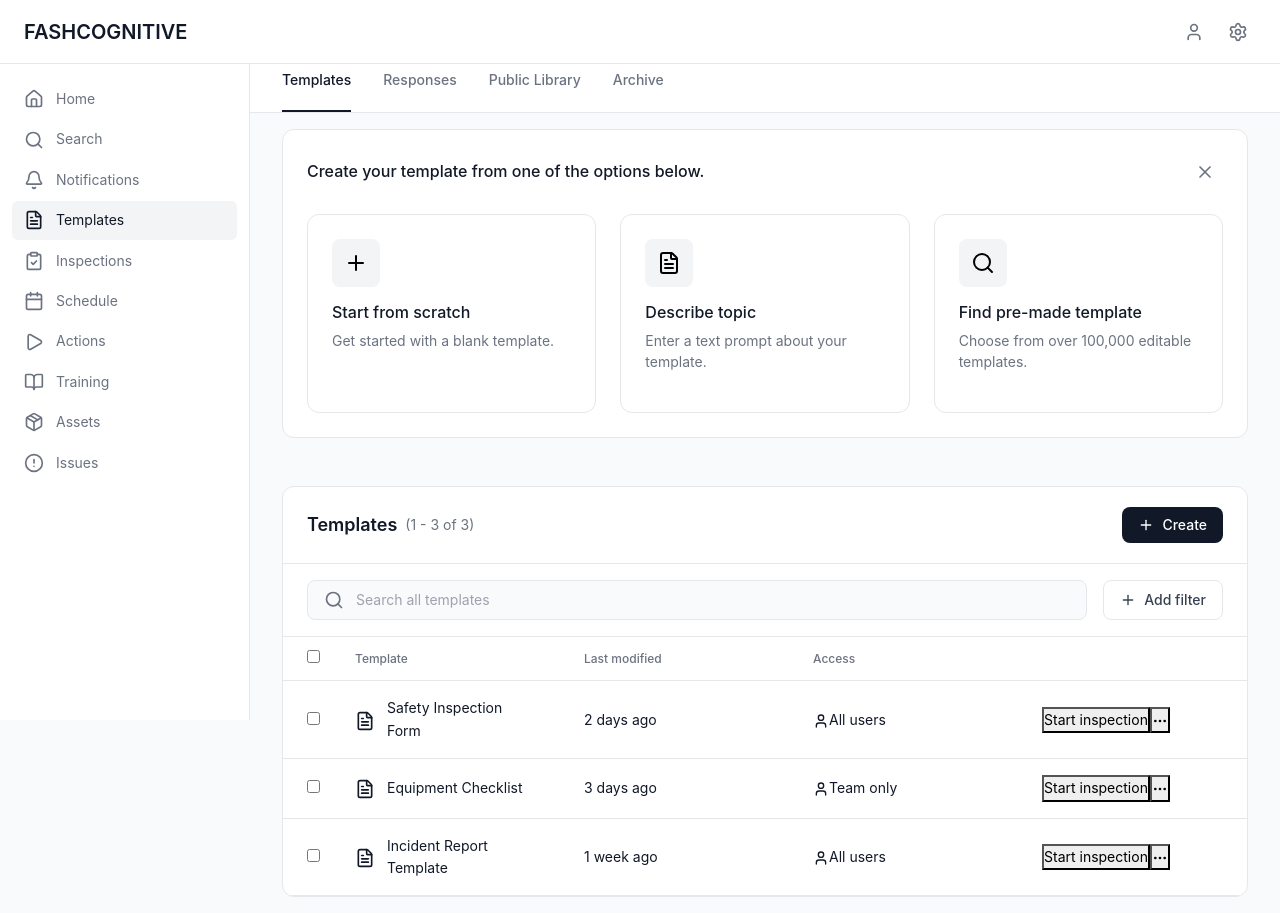
Repository: loganand612/fashcognitive-intern
Page: /template (app in fash/)
These files come from the project's save history. The page is drawn as it stood at one moment and after the next save; the edit follows.
The browser window is 1280 px wide. The pictures show the whole page.
The project was rebuilt for these pictures with package versions that can differ from the ones it lists, and the page was loaded fresh each time. Also part of the build but not shown: fash/src/pages/Login.css, fash/src/pages/Register.css, fash/src/pages/Dashboard.css, fash/src/pages/Home.tsx, fash/src/pages/Login.tsx, fash/src/pages/Register.tsx, fash/src/pages/Home2.tsx, fash/src/pages/Create_template.tsx and 1 more. Imported but missing from the stored project, and not drawn on this page: fash/src/pages/assets/head1.mp4.

Above is the page before, as saved 2025-04-13 21:54:57.

### fash/src/index.tsx
import React from 'react';
import ReactDOM from 'react-dom/client';

// Import third-party styles first
import 'bootstrap/dist/css/bootstrap.min.css';
import '@fortawesome/fontawesome-free/css/all.min.css';

// Import page-specific styles last
import './pages/Home.css';
import './pages/Home2.css';
import './pages/Login.css';
import './pages/Register.css';
import './pages/Dashboard.css';
import './pages/Template.css';
import './pages/Create_template.css';

import App from './App';
import reportWebVitals from './reportWebVitals';

const root = ReactDOM.createRoot(
  document.getElementById('root') as HTMLElement
);
root.render(
  <React.StrictMode>
    <App />
  </React.StrictMode>
);

// If you want to start measuring performance in your app, pass a function
// to log results (for example: reportWebVitals(console.log))
// or send to an analytics endpoint. Learn more: https://bit.ly/CRA-vitals
reportWebVitals();

### fash/src/pages/Home.css
/* Reset & Base Styles */
* {
  margin: 0;
  padding: 0;
  box-sizing: border-box;
  font-family: -apple-system, BlinkMacSystemFont, 'Segoe UI', Roboto, sans-serif;
}

body {
  font-family: -apple-system, BlinkMacSystemFont, 'Segoe UI', Roboto, sans-serif;
  background-color: #f8f9fe;
  color: #1f2937;
  line-height: 1.5;
}

/* Layout */
.page-wrapper {
  min-height: 100vh;
  display: flex;
  flex-direction: column;
}

.content-wrapper {
  display: flex;
  flex: 1;
  position: relative;
}

/* Navigation */
.navbar {
  background: white;
  height: 64px;
  padding: 0 2rem;
  box-shadow: 0 1px 3px rgba(0,0,0,0.1);
  display: flex;
  align-items: center;
  justify-content: space-between;
  position: fixed;
  top: 0;
  left: 0;
  right: 0;
  z-index: 1000;
}

.logo {
  font-weight: bold;
  font-size: 1.5rem;
  color: #302d2d;
  text-decoration: none;
  transition: all 0.3s ease;
}

.logo:hover {
  color: #2563eb;
}

.nav-links {
  display: flex;
  gap: 1rem;
  align-items: center;
}

/* Buttons */
.btn {
  padding: 0.5rem 1rem;
  border-radius: 0.375rem;
  border: none;
  cursor: pointer;
  font-size: 0.875rem;
  font-weight: 500;
  text-decoration: none;
  transition: all 0.3s ease;
}

.btn-primary {
  background: #3b82f6;
  color: white;
}

.btn-primary:hover {
  background: #c0ceec;
}

.btn-secondary {
  background: #ffffff;
  border: 1px solid #e5e7eb;
  color: #4b5563;
}

.btn-secondary:hover {
  background: #d2d5da;
}

/* Language Selector */
.language-select {
  position: relative;
}

.language-btn {
  display: flex;
  align-items: center;
  gap: 0.5rem;
  padding: 0.5rem 1rem;
  border: 1px solid #e5e7eb;
  border-radius: 1.5rem;
  background: white;
  cursor: pointer;
  transition: all 0.3s ease;
}

.language-btn:hover {
  border-color: #3b82f6;
}

.language-dropdown {
  position: absolute;
  top: calc(100% + 0.5rem);
  right: 0;
  background: white;
  border-radius: 0.5rem;
  box-shadow: 0 4px 6px rgba(0,0,0,0.1);
  padding: 0.5rem 0;
  display: none;
  min-width: 150px;
  z-index: 1000;
}

.language-select:hover .language-dropdown {
  display: block;
}

.language-option {
  padding: 0.5rem 1rem;
  cursor: pointer;
  transition: all 0.3s ease;
}

.language-option:hover {
  background: #f8f9fe;
  color: #3b82f6;
}

/* Notification Badge */
.notification-badge {
  position: relative;
}

.notification-badge::after {
  content: '';
  position: absolute;
  top: -2px;
  right: -2px;
  width: 8px;
  height: 8px;
  background-color: #ef4444;
  border-radius: 50%;
  border: 2px solid white;
}

/* Sidebar */
.sidebar {
  width: 250px;
  background: white;
  height: calc(100vh - 64px);
  position: fixed;
  top: 64px;
  left: 0;
  padding: 1.5rem 1rem;
  border-right: 1px solid #e5e7eb;
  overflow-y: auto;
  z-index: 100;
}

.sidebar-link {
  display: flex;
  align-items: center;
  padding: 0.75rem 1rem;
  color: #4b5563;
  text-decoration: none;
  border-radius: 0.5rem;
  margin-bottom: 0.5rem;
  transition: all 0.3s ease;
}

.sidebar-link:hover {
  background: #f8f9fe;
  color: #3b82f6;
}

.sidebar-link.active {
  background: #3b82f6;
  color: white;
}

/* Main Content */
.main-content {
  margin-left: 250px;
  margin-top: 64px;
  padding: 5rem;
  width: calc(100% - 250px);
  min-height: calc(100vh - 64px);
}

.landing-content {
  display: flex;
  justify-content: space-between;
  align-items: center;
  gap: 4rem;
  max-width: 1200px;
  margin: 0 auto;
}

.content-left {
  flex: 1;
}

.content-left h1 {
  font-size: 2.5rem;
  color: #1f2937;
  margin-bottom: 2rem;
  line-height: 1.2;
}

.feature-list {
  list-style: none;
}

.feature-list li {
  display: flex;
  align-items: center;
  gap: 1rem;
  margin-bottom: 1rem;
  color: #4b5563;
}

.feature-list li::before {
  content: "";
  width: 20px;
  height: 20px;
  background: #3b82f6;
  border-radius: 50%;
  opacity: 0.2;
}

.qr-container {
  background: white;
  padding: 1rem;
  border-radius: 20px;
  box-shadow: 0 10px 15px rgba(0,0,0,0.1);
  transition: all 0.3s ease;
}

.qr-container:hover {
  transform: translateY(-5px);
  box-shadow: 0 4px 6px rgba(0,0,0,0.1);
}

.qr-code {
  width: 100%;
  max-width: 300px;
}

/* Footer */
.footer {
  background: white;
  padding: 5rem 7rem;
  margin-top: auto;
  margin-left: 250px;
}

.footer-content {
  max-width: 1500px;
  margin: 0 auto;
  display: grid;
  grid-template-columns: repeat(4, 1fr);
  gap: 2rem;
}

.footer-section h3 {
  color: #3b82f6;
  margin-bottom: 1rem;
  font-size: 1.1rem;
}

.footer-section ul {
  list-style: none;
}

.footer-section ul li {
  margin-bottom: 0.5rem;
}

.footer-section ul li a {
  color: #4b5563;
  text-decoration: none;
  transition: all 0.3s ease;
}

.footer-section ul li a:hover {
  color: #3b82f6;
}

.footer-bottom {
  max-width: 1200px;
  margin: 2rem auto 0;
  padding-top: 6rem;
  border-top: 1px solid #e5e7eb;
  text-align: center;
}

.store-buttons {
  display: flex;
  justify-content: center;
  gap: 1rem;
  margin-top: 1rem;
}

.store-buttons img {
  height: 40px;
  transition: all 0.3s ease;
}

.store-buttons img:hover {
  transform: translateY(-2px);
}

/* Mobile Menu Button */
.mobile-menu-btn {
  display: none;
  padding: 0.5rem;
  cursor: pointer;
  background: none;
  border: none;
}

/* Responsive Design */
@media (max-width: 1024px) {
  .sidebar {
      width: 200px;
  }

  .main-content {
      margin-left: 200px;
      width: calc(100% - 200px);
  }

  .footer {
      margin-left: 200px;
  }
}

@media (max-width: 768px) {
  .navbar {
      padding: 0 1rem;
  }

  .mobile-menu-btn {
      display: block;
  }

  .nav-links {
      display: none;
  }

  .nav-links.active {
      display: flex;
      flex-direction: column;
      position: absolute;
      top: 64px;
      left: 0;
      right: 0;
      background: white;
      padding: 1rem;
      box-shadow: 0 4px 6px rgba(0,0,0,0.1);
  }

  .sidebar {
      transform: translateX(-100%);
      transition: transform 0.3s ease;
  }

  .sidebar.active {
      transform: translateX(0);
  }

  .main-content,
  .footer {
      margin-left: 0;
      width: 100%;
  }

  .landing-content {
      flex-direction: column;
      text-align: center;
      padding: 1rem;
  }

  .content-left h1 {
      font-size: 2rem;
  }

  .footer-content {
      grid-template-columns: repeat(2, 1fr);
  }
}

@media (max-width: 480px) {
  .footer-content {
      grid-template-columns: 1fr;
  }
}

### fash/src/App.tsx
import { BrowserRouter as Router, Route, Routes } from 'react-router-dom';
import Home from './pages/Home';
import Login from './pages/Login';
import Register from './pages/Register';
import Home2 from './pages/Home2';
import Create_template from './pages/Create_template';
import Dashboard from './pages/Dashboard';
import Template from './pages/Template_page';

function App() {
    return (
        <div className="app-container">
            <Router>
                <div className="page-container">
                    <div className="content-container">
                        <Routes>
                            <Route path="/" element={<Home2 />} />
                            <Route path="/login" element={<Login />} />
                            <Route path="/register" element={<Register />} />
                            <Route path="/homee" element={<Home />} />
                            <Route path="/ct" element={<Create_template />} />
                            <Route path="/dashboard" element={<Dashboard />} />
                            <Route path="template" element={<Template />} />
                        </Routes>
                    </div>
                </div>
            </Router>
        </div>
    );
}

export default App;

### fash/src/reportWebVitals.ts
import { onCLS, onFID, onFCP, onLCP, onTTFB } from 'web-vitals';

const reportWebVitals = (onPerfEntry?: (metric: any) => void) => {
  if (onPerfEntry && onPerfEntry instanceof Function) {
    onCLS(onPerfEntry);
    onFID(onPerfEntry);
    onFCP(onPerfEntry);
    onLCP(onPerfEntry);
    onTTFB(onPerfEntry);
  }
};

export default reportWebVitals;

### fash/src/pages/Template_page.tsx
import React from 'react';
import './Template.css';
import {
  Plus,
  Search,
  FileText,
  User,
  MoreHorizontal,
  X,
  Home,
  Bell,
  ClipboardCheck,
  Calendar,
  Play,
  BookOpen,
  Package,
  AlertCircle,
  Settings
} from 'lucide-react';

const TemplatePage: React.FC = () => {
  const menuItems = [
    { icon: Home, label: "Home", href: "/" },
    { icon: Search, label: "Search", href: "/search" },
    { icon: Bell, label: "Notifications", href: "/notifications" },
    { icon: FileText, label: "Templates", href: "/templates", active: true },
    { icon: ClipboardCheck, label: "Inspections", href: "/inspections" },
    { icon: Calendar, label: "Schedule", href: "/schedule" },
    { icon: Play, label: "Actions", href: "/actions" },
    { icon: BookOpen, label: "Training", href: "/training" },
    { icon: Package, label: "Assets", href: "/assets" },
    { icon: AlertCircle, label: "Issues", href: "/issues" },
  ];

  const templates = [
    { id: 1, title: 'Safety Inspection Form', lastModified: '2 days ago', access: 'All users' },
    { id: 2, title: 'Equipment Checklist', lastModified: '3 days ago', access: 'Team only' },
    { id: 3, title: 'Incident Report Template', lastModified: '1 week ago', access: 'All users' },
  ];

  return (
    <div className="tp-app-container">
      {/* Top Navigation */}
      <nav className="tp-navbar">
        <div className="tp-navbar-brand">FASHCOGNITIVE</div>
        <div className="tp-navbar-actions">
          <button className="tp-nav-button">
            <User size={20} />
          </button>
          <button className="tp-nav-button">
            <Settings size={20} />
          </button>
        </div>
      </nav>

      {/* Sidebar */}
      <aside className="tp-sidebar">
        <nav className="tp-sidebar-nav">
          {menuItems.map((item, index) => (
            <a
              key={index}
              href={item.href}
              className={`tp-nav-link ${item.active ? 'active' : ''}`}
            >
              <item.icon size={20} />
              <span>{item.label}</span>
            </a>
          ))}
        </nav>
      </aside>

      <div className="tp-template-container">
        <div className="tp-template-header">
          <nav className="tp-template-tabs">
            <button className="tp-tab active">Templates</button>
            <button className="tp-tab">Responses</button>
            <button className="tp-tab">Public Library</button>
            <button className="tp-tab">Archive</button>
          </nav>
        </div>

        <div className="tp-template-content">
          <section className="tp-creation-section">
            <div className="tp-section-header">
              <h2>Create your template from one of the options below.</h2>
              <button className="tp-close-button">
                <X size={20} />
              </button>
            </div>

            <div className="tp-creation-options">
              <div className="tp-option-card" >
                <div className="tp-option-icon">
                  <Plus size={24} />
                </div>
                <h3>Start from scratch</h3>
                <p>Get started with a blank template.</p>
              </div>
              <div className="tp-option-card">
                <div className="tp-option-icon">
                  <FileText size={24} />
                </div>
                <h3>Describe topic</h3>
                <p>Enter a text prompt about your template.</p>
              </div>
              <div className="tp-option-card">
                <div className="tp-option-icon">
                  <Search size={24} />
                </div>
                <h3>Find pre-made template</h3>
                <p>Choose from over 100,000 editable templates.</p>
              </div>
            </div>
          </section>

          <section className="tp-templates-section">
            <div className="tp-templates-header">
              <h2>Templates <span className="tp-count">(1 - {templates.length} of {templates.length})</span></h2>
              <a href="/ct" className="tp-create-button">
                <Plus size={16} />
                Create
              </a>
            </div>

            <div className="tp-search-controls">
              <div className="tp-search-field">
                <Search className="tp-search-icon" size={20} />
                <input type="text" placeholder="Search all templates" />
              </div>
              <button className="tp-filter-button">
                <Plus size={16} />
                Add filter
              </button>
            </div>

            <div className="tp-templates-table">
              <table>
                <thead>
                  <tr>
                    <th className="tp-checkbox-column">
                      <input type="checkbox" />
                    </th>
                    <th>Template</th>
                    <th>Last modified</th>
                    <th>Access</th>
                    <th></th>
                  </tr>
                </thead>
                <tbody>
                  {templates.map(template => (
                    <tr key={template.id}>
                      <td className="tp-checkbox-column">
                        <input type="checkbox" />
                      </td>
                      <td>
                        <div className="tp-template-cell">
                          <div className="template-icon">
                            <FileText size={20} />
                          </div>
                          <span>{template.title}</span>
                        </div>
                      </td>
                      <td>{template.lastModified}</td>
                      <td>
                        <div className="access-badge">
                          <User size={16} />
                          <span>{template.access}</span>
                        </div>
                      </td>
                      <td>
                        <div className="action-buttons">
                          <button className="start-inspection">
                            Start inspection
                          </button>
                          <button className="more-options">
                            <MoreHorizontal size={16} />
                          </button>
                        </div>
                      </td>
                    </tr>
                  ))}
                </tbody>
              </table>
            </div>
          </section>
        </div>
      </div>
    </div>
  );
};

export default TemplatePage;

Loaded but not shown: fash/public/index.html (common file); fash/src/pages/Create_template.css (2714 lines, source omitted); fash/src/pages/Home2.css (1263 lines, source omitted); fash/src/pages/Template.css (517 lines, source omitted)

After the next save:
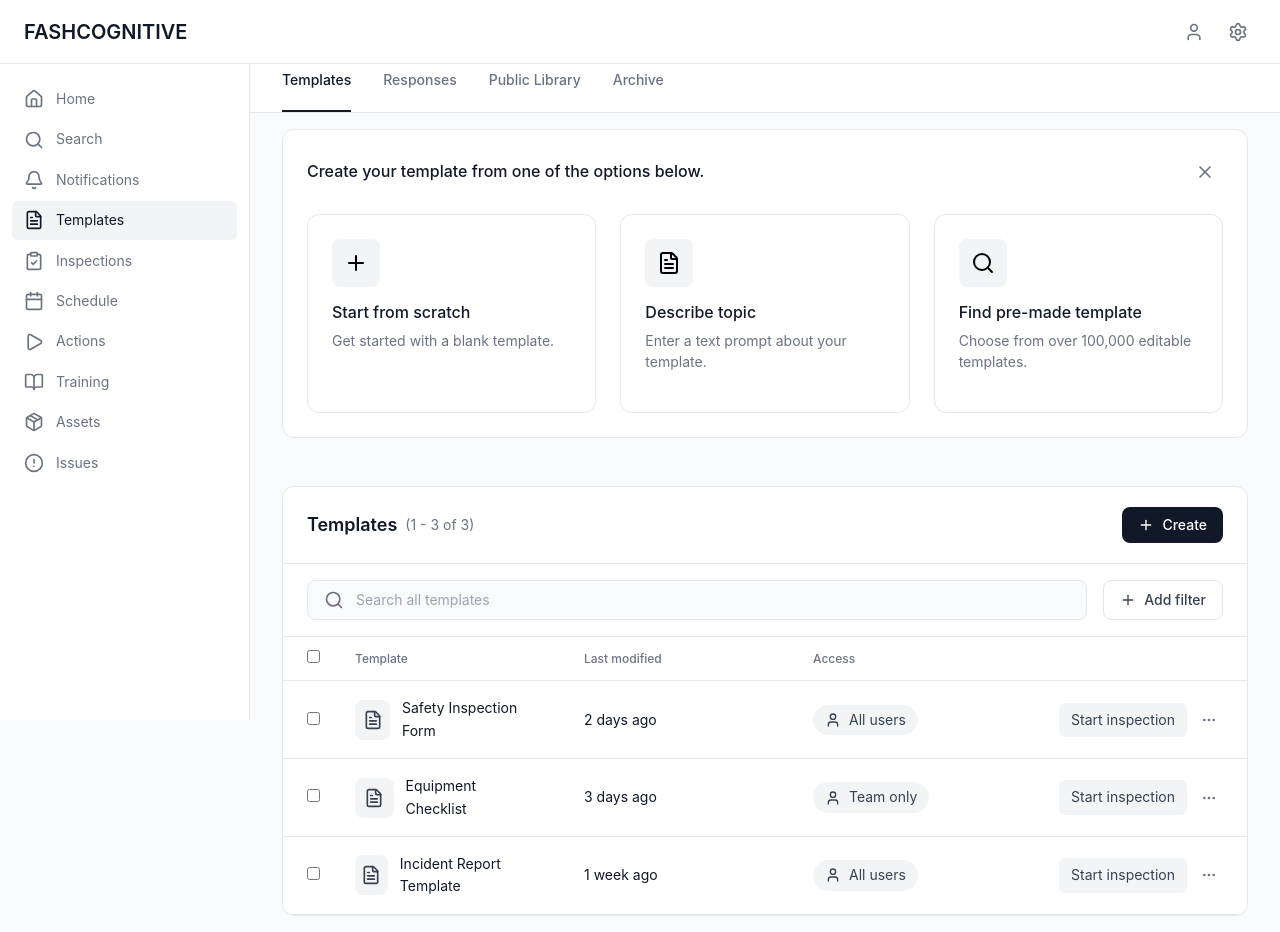
Saved 17 s later.
--- a/fash/src/pages/Template_page.tsx
+++ b/fash/src/pages/Template_page.tsx
@@ -154,7 +154,7 @@ const TemplatePage: React.FC = () => {
                       </td>
                       <td>
                         <div className="tp-template-cell">
-                          <div className="template-icon">
+                          <div className="tp-template-icon">
                             <FileText size={20} />
                           </div>
                           <span>{template.title}</span>
@@ -162,17 +162,17 @@ const TemplatePage: React.FC = () => {
                       </td>
                       <td>{template.lastModified}</td>
                       <td>
-                        <div className="access-badge">
+                        <div className="tp-access-badge">
                           <User size={16} />
                           <span>{template.access}</span>
                         </div>
                       </td>
                       <td>
-                        <div className="action-buttons">
-                          <button className="start-inspection">
+                        <div className="tp-action-buttons">
+                          <button className="tp-start-inspection">
                             Start inspection
                           </button>
-                          <button className="more-options">
+                          <button className="tp-more-options">
                             <MoreHorizontal size={16} />
                           </button>
                         </div>
